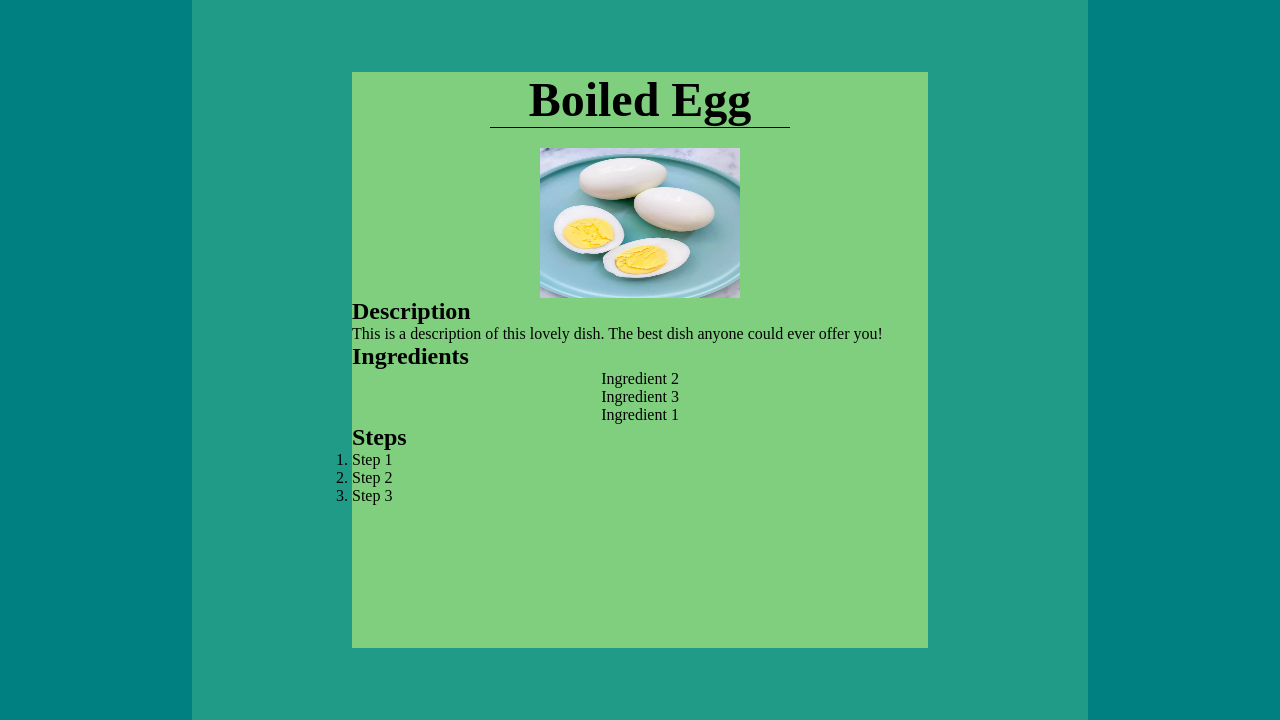
Repository: Pafestivo/odin-recipes
Page: recipes/boiled-egg.html
The author's editor kept a copy of each file at every save. The page is drawn from the files as they stood at one save, then again after the next save.
The browser window is 1280 px wide. The pictures show the whole page.

Above is the page before, as saved 2022-09-24 12:50:58.

### recipes/boiled-egg.html
<!DOCTYPE html>
<html lang="en">
<head>
    <meta charset="UTF-8">
    <meta name="viewport" content="width=device-width, initial-scale=1.0">
    <link rel="stylesheet" href="../css/recipe-styles.css">
    <title>Recipe-Boiled Egg</title>
</head>
<body>
    <div class="container">
        <div class="inner">
            <h1>Boiled Egg</h1>
            <img
            src="../images/boiled-egg.jpg"
            alt="An image of Boiled Egg"
            />
            <h2>Description</h2>
            <p>This is a description of this lovely dish. The best dish anyone could ever offer you!</p>

            <h2>Ingredients</h2>
            <ul>
            <li>Ingredient 2</li>
            <li>Ingredient 3</li>
            <li>Ingredient 1</li>
            </ul>

            <h2>Steps</h2>
            <ol>
            <li>Step 1</li>
            <li>Step 2</li>
            <li>Step 3</li>
            </ol>
        </div> <!-- /inner -->
    </div> <!-- /container -->

</body>
</html>

### css/recipe-styles.css
* {
  box-sizing: border-box;
  padding: 0;
  margin: 0;
}

body {
  font-family: serif;
  background-color: #008080;
  padding: 1;
}

.container {
  background-color: #209B87;
  display: flex;
  width: 70vw;
  height: 100vh;
  padding: 1px;
  margin: 0 auto;
}

.inner {
  background-color: #80CF7F;
  width: 45vw;
  height: 80vh;
  margin: auto;
}

h1 {
  text-align: center;
  font-size: 3rem;
  margin: 0 auto 20px auto;
  border-bottom: 1px solid black;
  width: 300px;
}

img {
  display: block;
  margin: 0 auto;
  width: 200px;
  height: 150px;
}

ul {
  list-style: none;
  display: flex;
  align-items: center;
  justify-content: center;
  flex-direction: column;
}

a {
  display: flex;
  justify-content: center;
  align-items: center;
  margin: 30px 0;
  width: 350px;
  font-size: 1.5em;
  height: 45px;
  border-radius: 20px;
  text-decoration: none;
  color: inherit;
  background-color: #F9F871;
  transition: all 0.1s ease-in;
}

a:hover {
  transform: scale(1.1);
}

After the next save:
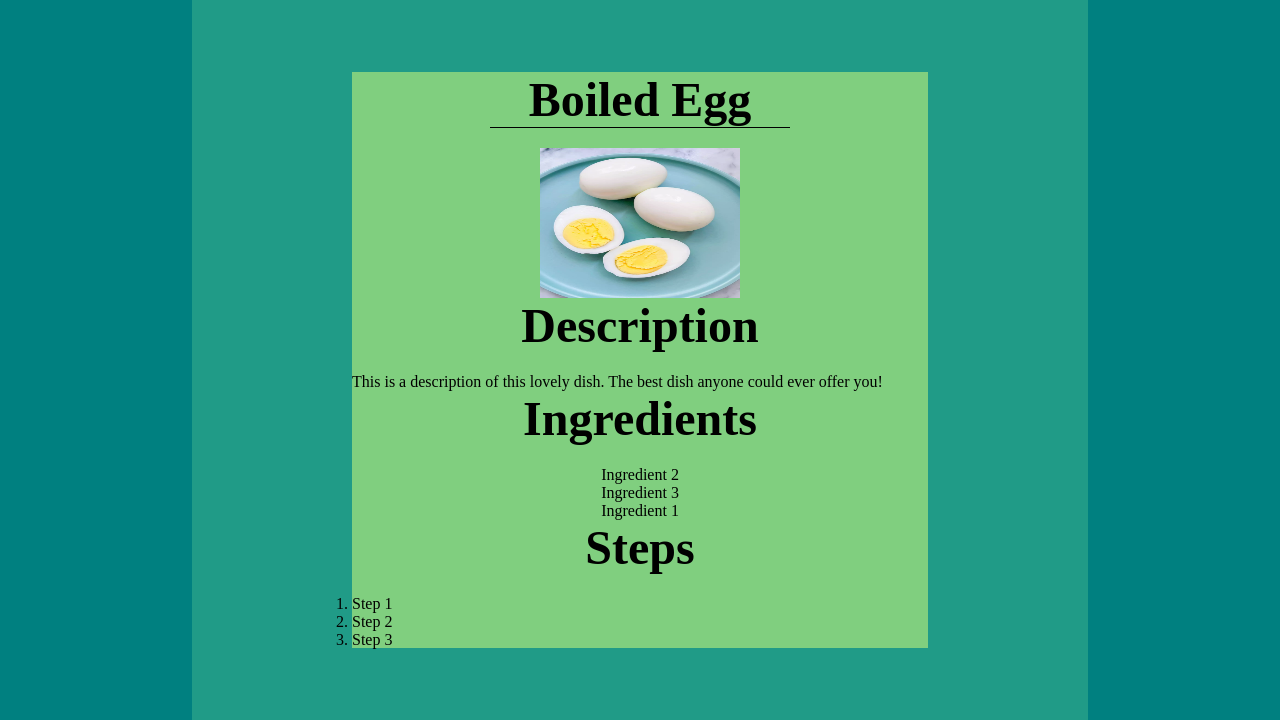
Saved 56 s later.
--- a/css/recipe-styles.css
+++ b/css/recipe-styles.css
@@ -41,6 +41,12 @@ img {
   height: 150px;
 }
 
+h2 {
+  text-align: center;
+  font-size: 3rem;
+  margin: 0 auto 20px auto;
+}
+
 ul {
   list-style: none;
   display: flex;
